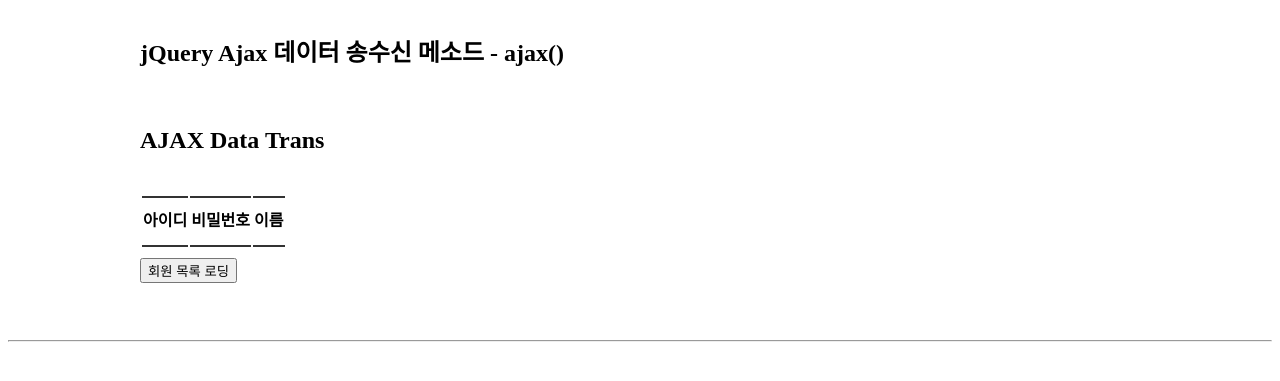
Repository: okgunyang/pro06_1
Page: http://localhost/ajax/test2
The author's editor kept a copy of each file at every save. The page is drawn from the files as they stood at one save, then again after the next save.
The browser window is 1280 px wide. The pictures show the whole page.
The page is this project's Thymeleaf template; nobody is signed in. The template is opened directly, without the code that normally fills it, so the values that code supplies are empty.

Above is the page before, as saved 2022-12-21 03:41:25.

After the next save:
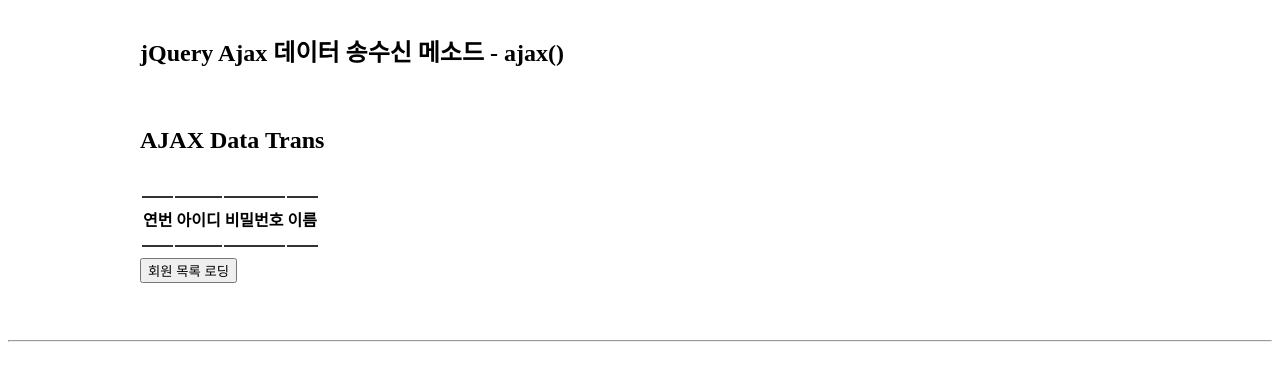
Saved 56 min 8 s later.
--- a/myapp/src/main/resources/templates/ajax/test2.html
+++ b/myapp/src/main/resources/templates/ajax/test2.html
@@ -24,6 +24,7 @@
 			<table class="table">
 				<thead>
 					<tr>
+						<th>연번</th>
 						<th>아이디</th>
 						<th>비밀번호</th>
 						<th>이름</th>
@@ -52,6 +53,7 @@
                 console.log(res);
                 $.each(res, function(index, value){
 					var tr = "<tr>";
+					tr = tr + "<td>"+(index+1)+"</td>";
 					tr = tr + "<td>"+value['id']+"</td>";
 					tr = tr + "<td>"+value['pw']+"</td>";
 					tr = tr + "<td>"+value['name']+"</td>";
